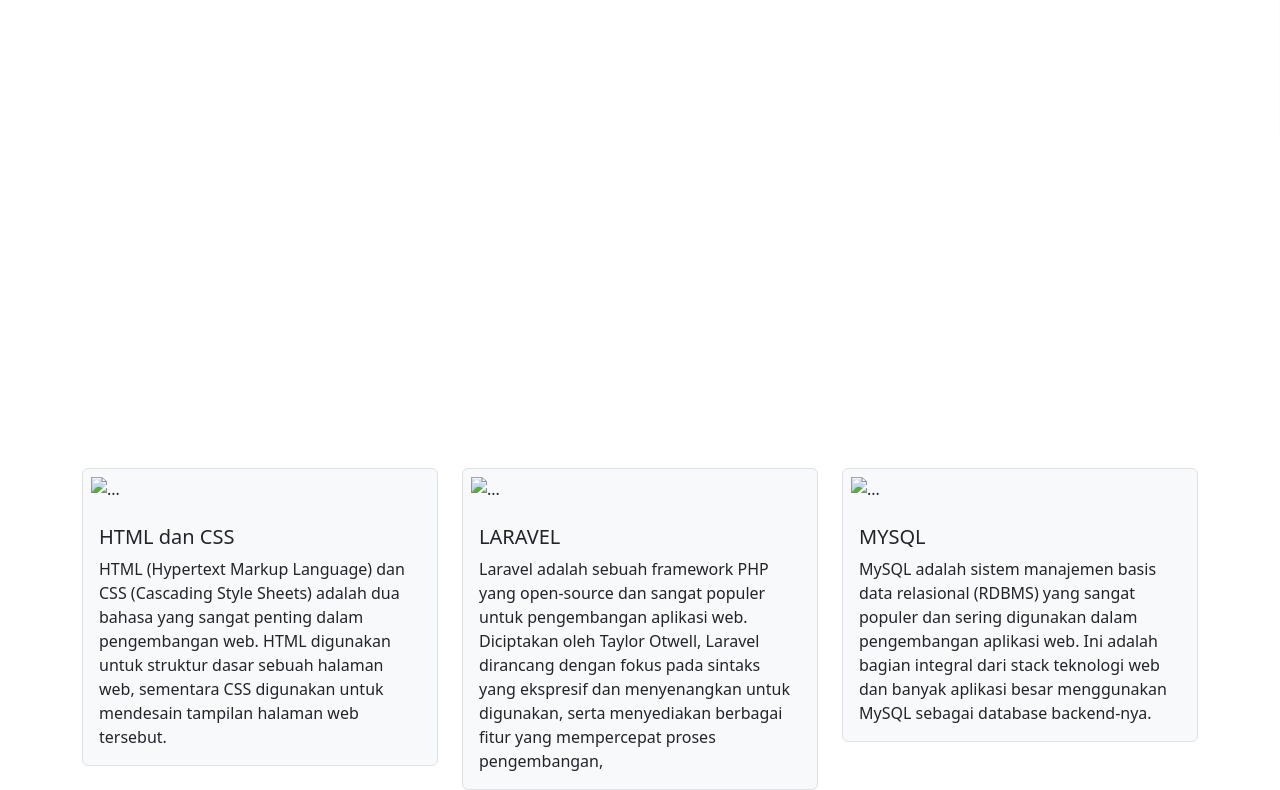
Repository: Putrabobi/Task7
Page: index.html
These files come from the project's save history. The page is drawn as it stood at one moment and after a run of saves; the edit follows.
The browser window is 1280 px wide. The pictures show the part of the page from y = 2053 to 2981 px (the page is 2843 px tall before and 2981 px after).
A picture or video elsewhere on the page could not be fetched, so the positions and the page height are approximate.

Above is the page before, as saved 2024-03-25 13:58:23.
Not found: img/1.jpg
Not found: img/122.jpg
Not found: img/5.png

### index.html
<!DOCTYPE html>
<html lang="en">

<head>
    <meta charset="UTF-8">
    <meta name="viewport" content="width=device-width, initial-scale=1.0">
    <title>Haji & Umroh</title>
    <link href="https://cdn.jsdelivr.net/npm/bootstrap@5.3.3/dist/css/bootstrap.min.css" rel="stylesheet"
        integrity="sha384-QWTKZyjpPEjISv5WaRU9OFeRpok6YctnYmDr5pNlyT2bRjXh0JMhjY6hW+ALEwIH" crossorigin="anonymous">
</head>

<body>

    <!-- Navbar -->
    <nav class="navbar navbar-expand-lg  bg-body-tertiary mb-4">
        <div class="container-fluid">
            <a class="navbar-brand" href="#">
                <span style="color: darkgreen;" class="fw-bold">Uda</span>
                <span style="color: olive;" class="fw-bold">Tour</span>
            </a>

            <button class="navbar-toggler" type="button" data-bs-toggle="collapse"
                data-bs-target="#navbarSupportedContent" aria-controls="navbarSupportedContent" aria-expanded="false"
                aria-label="Toggle navigation">
                <span class="navbar-toggler-icon"></span>
            </button>
            <div class="collapse navbar-collapse" id="navbarSupportedContent">
                <ul class="navbar-nav me-auto mb-2 mb-lg-0 mx-auto">
                    <li class="nav-item" style="margin-right: 30px;">
                        <a class="nav-link active" aria-current="page" href="#"
                            style="border-bottom: 4px solid #00570f; color: #000000;">Home</a>
                    </li>
                    <li class="nav-item" style="margin-right: 30px;">
                        <a class="nav-link" href="#" style="color: #000;">Haji</a>
                    </li>
                    <li class="nav-item" style="margin-right: 30px;">
                        <a class="nav-link disabled" style="color: #000;">Umroh</a>
                    </li>
                    <li class="nav-item" style="margin-right: 30px;">
                        <a class="nav-link disabled" style="color: #000;">Blog</a>
                    </li>
                    <li class="nav-item" style="margin-right: 30px;">
                        <a class="nav-link disabled" style="color: #000;">Gallery</a>
                    </li>
                </ul>
                <button class="btn btn-outline-dark" type="submit">Register</button>
            </div>

        </div>
    </nav>

    <!-- Background -->

    <div class="position-relative text-center mb-5">
        <img src="images/mekkah.jpg" style="filter: brightness(50%);" alt="Mekkah" width="100%">
        <h1 class="position-absolute top-0 start-50 translate-middle-x text-light" style="margin-top: 5%;">Take you on a holy journey</h1>
        <h5 class="position-absolute top-0 start-50 translate-middle-x text-light" style="margin-top: 45%;">Find the best Hajj travel package that suits your needs. Enjoy a worship experience guided by a professional and experienced team.</h5>
        <button type="button" style="position: absolute; bottom: 20px; left: 50%; transform: translateX(-50%); background-color: green; color: white; padding: 10px 50px; border: none; border-radius: 100px; cursor: pointer;">Explore</button>
    </div>

    <!-- Maskapai -->

    <div style="text-align: center;">
        <h1>Our Partner</h1>
        <img src="images/maskapai1.png" alt="maskapai1" style="width: 350px;">
        <img src="images/maskapai2.png" alt="maskapai2" style="width: 350px;">
        <img src="images/maskapai3.png" alt="maskapai3" style="width: 350px;">
        <img src="images/maskapai4.png" alt="maskapai4" style="width: 350px;">
    </div>

    <div>
        <svg xmlns="http://www.w3.org/2000/svg" viewBox="0 0 1440 320">
            <path fill="#8f6b00" fill-opacity="1" d="M0,64L120,96C240,128,480,192,720,192C960,192,1200,128,1320,96L1440,64L1440,320L1320,320C1200,320,960,320,720,320C480,320,240,320,120,320L0,320Z"></path>>
        </svg>
    </div>
    <div style="background-color: #8f6b00; position: relative;" class="text-white">
        <div class="container d-flex justify-content-center align-items-center">
          <div class="row">
            <div class=" text-center">
              <h3 class="fw-bold pb-3">Hajj and Umrah Program</h3>
              <h5 class="py-3 mb-3" style="width: 50%; margin: 0 auto;">Find complete and well-organized Hajj and Umrah
                programs. Get a package that meets your needs for a meaningful spiritual journey.</h5>
              <button class="btn text-light padding: 10px 50px rounded-5 px-5 py-2 shadow"
                style="background-color: #00730c;">Explore</button>
            </div>
            <div class="">
              <img src="img/kabah_only.png" alt="" width="20%"
                style="position: absolute; left: 25; top: 50%; transform: translateY(-50%);">
            </div>
          </div>
        </div>
        <svg xmlns="http://www.w3.org/2000/svg" viewBox="0 0 1440 320">
          <path fill="#ffffff" fill-opacity="1"
            d="M0,160L120,138.7C240,117,480,75,720,74.7C960,75,1200,117,1320,138.7L1440,160L1440,320L1320,320C1200,320,960,320,720,320C480,320,240,320,120,320L0,320Z">
          </path>
        </svg>
      </div>

      <div class="">
        <img src="images/mekkah4.png" alt="" width="20%" style="position: absolute; left: 5%; top: 250%;  transform: translateY(-50%);">
    </div>

    </div>
  </div>
  <svg xmlns="http://www.w3.org/2000/svg" viewBox="0 0 1440 320">
    <path fill="#ffffff" fill-opacity="1"
      d="M0,160L120,138.7C240,117,480,75,720,74.7C960,75,1200,117,1320,138.7L1440,160L1440,320L1320,320C1200,320,960,320,720,320C480,320,240,320,120,320L0,320Z">
    </path>
  </svg>
</div>
</div>

<section class="pt-5">
    <div class="container">
      <div class="row">
        <di class="col-md">
          <div class="card bg-light text-dark border ">
            <img src="img/1.jpg" class="p-2 card-img-top" alt="...">
            <div class="card-body">
              <h5 class="card-title">HTML dan CSS</h5>
              <p class="card-text"> HTML (Hypertext Markup Language) dan CSS (Cascading Style Sheets) adalah dua
                bahasa yang sangat penting dalam pengembangan web. HTML digunakan untuk struktur dasar sebuah
                halaman web, sementara CSS digunakan untuk mendesain tampilan halaman web tersebut.</p>
            </div>
          </div>
        </di>
        <di class="col-md">
          <div class="card bg-light text-dark border ">
            <img src="img/122.jpg" class="p-2 card-img-top" alt="...">
            <div class="card-body">
              <h5 class="card-title">LARAVEL</h5>
              <p class="card-text">
                Laravel adalah sebuah framework PHP yang open-source dan sangat populer untuk pengembangan aplikasi
                web. Diciptakan oleh Taylor Otwell, Laravel dirancang dengan fokus pada sintaks yang ekspresif dan
                menyenangkan untuk digunakan, serta menyediakan berbagai fitur yang mempercepat proses pengembangan,
              </p>
            </div>
          </div>
        </di>
        <di class="col-md">
          <div class="card  bg-light text-dark border">
            <img src="img/5.png" class="p-2 card-img-top" alt="...">
            <div class="card-body">
              <h5 class="card-title">MYSQL</h5>
              <p class="card-text">
                MySQL adalah sistem manajemen basis data relasional (RDBMS) yang sangat populer dan sering digunakan
                dalam pengembangan aplikasi web. Ini adalah bagian integral dari stack teknologi web dan banyak
                aplikasi besar menggunakan MySQL sebagai database backend-nya.</p>
            </div>
          </div>
        </di>

      </div>
    </div>
  </section>

<!-- <div class="my-5" style="background-color: rgb(191, 255, 239); text-align: center;">
    <div style="margin: 0 auto; max-width: 600px;">
        <h3>Hajj and Umrah Special Offers</h3>
        <h4>We work with trusted and experienced organizers to provide quality Hajj and Umrah travel packages.</h4>
    </div>
    <div class="my-5 mx-5 px-5 pb-5 justify-content-center">
        <div class="card-group mx-5 pb-5">
            <div class="card mx-2 border-0" style="width: 20rem; background-color: rgb(191, 255, 239);">
                <img src="images/mekkah1.jpeg" class="card-img-top" alt="mekkah1" style="max-width: 100%;">
                <div class="card-body ps-0">
                    <p class="card-text" style="color: #937009;">Classic</p>
                    <h5 class="card-title mt-2 fw-bold">Regular Umrah</h5>
                    <p class="card-text">Package Duration 20 days</p>
                    <button class="border-0 mt-2 text-light rounded-4 px-4 py-3" style="background-color: #00730c;"><span
                        class="m-2">Detail</span></button>
                  </div>
            </div>
        </div>
    </div>
</div> -->










</body>

</html>

After the next 4 saves:
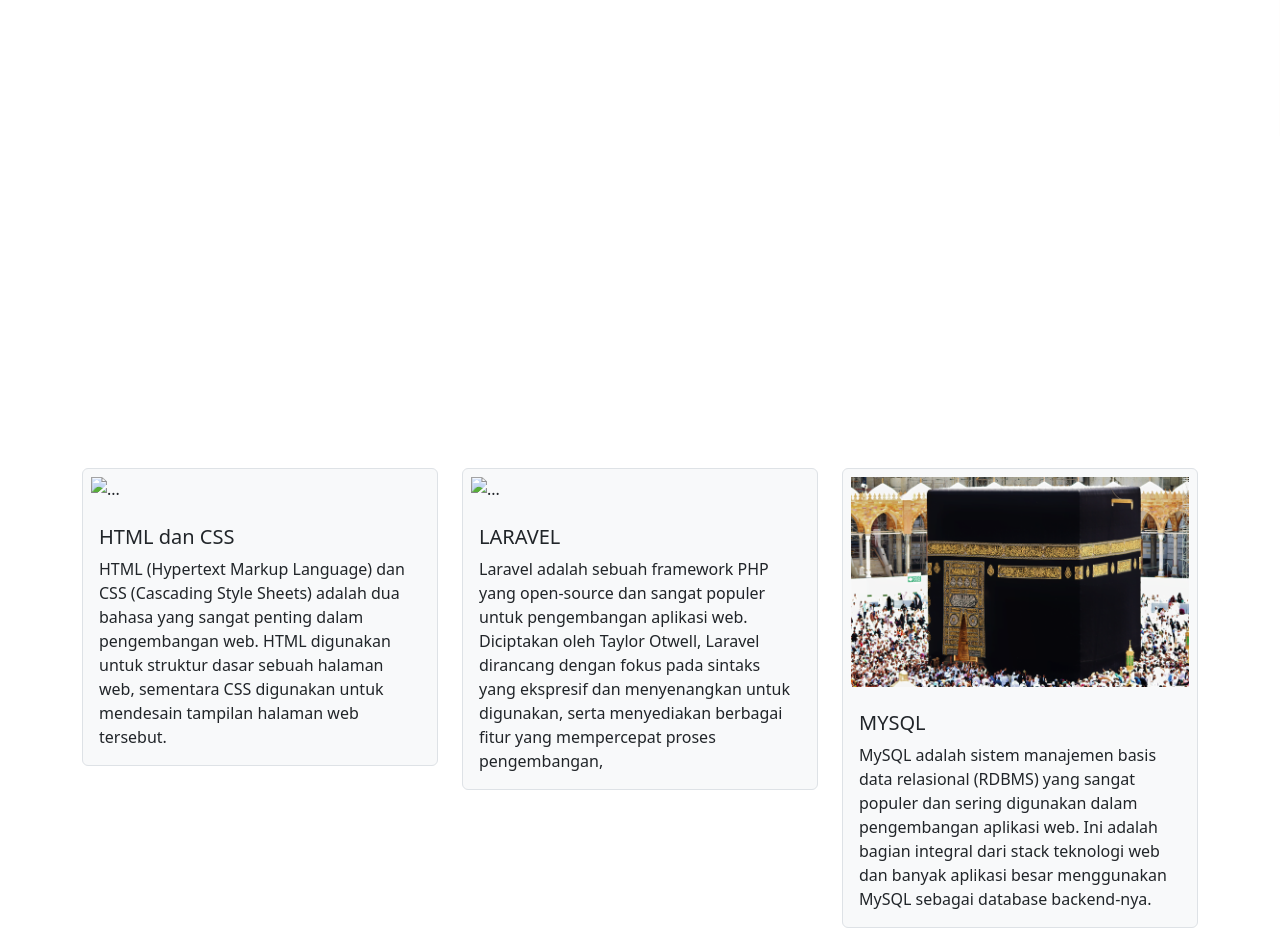
The 4 saves are shown as one change because they came seconds apart.
The last was saved 55 s later.
--- a/index.html
+++ b/index.html
@@ -139,7 +139,7 @@
         </di>
         <di class="col-md">
           <div class="card  bg-light text-dark border">
-            <img src="img/5.png" class="p-2 card-img-top" alt="...">
+            <img src="images/mekkah2.png" class="p-2 card-img-top" alt="...">
             <div class="card-body">
               <h5 class="card-title">MYSQL</h5>
               <p class="card-text">
